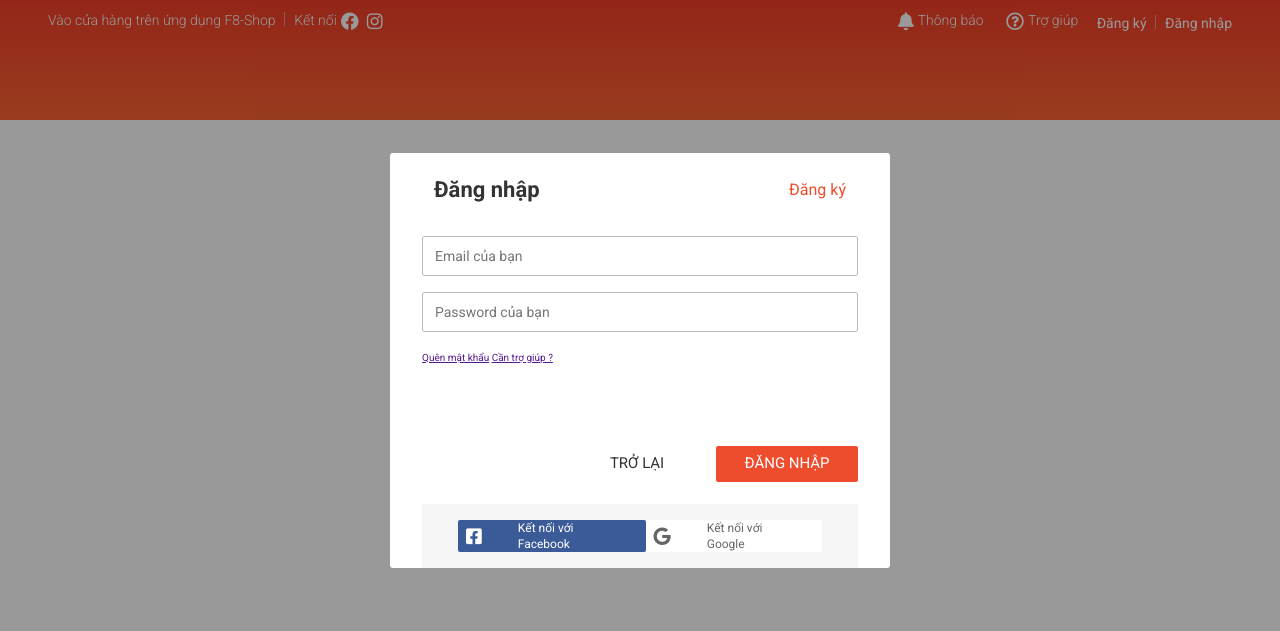
Repository: tvhoangit/tvhoangit.github.io
Page: Shoppe/index.html
The author's editor kept a copy of each file at every save. The page is drawn from the files as they stood at one save, then again after the next save.
The browser window is 1280 px wide. The pictures show the whole page.

Above is the page before, as saved 2021-10-17 14:33:04.

### Shoppe/index.html
<!DOCTYPE html>
<html lang="en">
<head>
    <meta charset="UTF-8">
    <meta http-equiv="X-UA-Compatible" content="IE=edge">
    <meta name="viewport" content="width=device-width, initial-scale=1.0">
    <title>Document</title>
    <link rel="stylesheet" href="https://cdnjs.cloudflare.com/ajax/libs/normalize/8.0.1/normalize.min.css">
    <link rel="stylesheet" href="./assets/css/base.css">
    <link rel="stylesheet" href="./assets/css/main.css">
    <link rel="stylesheet" href="./assets/fonts/fontawesome-free-5.15.4-web/fontawesome-free-5.15.4-web/css/all.min.css">
    <link href="https://fonts.googleapis.com/css2?family=Open+Sans&family=Roboto:wght@300;400;500;700;900&display=swap" rel="stylesheet">
</head>
<body>

    <div class="app">
        <header class="header">
            <div class="grid">
                <nav class="header__navbar">
                    <ul class="header__navbar-list">
                        <li class="header__navbar-item header__navbar-item--qr header__navbar-item--separate">
                            Vào cửa hàng trên ứng dụng F8-Shop
                            <div class="header__qr">
                                <img src="./assets/img/QR.png" alt="QR code" class="header__qr-img">
                                <div class="header__qr-apps">
                                    <a href="" class="header__qr-link">
                                        <img src="./assets/img/gg_play.jpg" alt="GG Play" class="header__qr-dowload-img">
                                    </a>
                                    <a href="" class="header__qr-link">
                                        <img src="./assets/img/apstore.jpg" alt="ApStore" class="header__qr-dowload-img">
                                    </a>
                                </div>
                            </div>
                        </li>
                        <li class="header__navbar-item">
                            <span class="header__navbar-title--no-pointer">Kết nối</span>
                            <a href="" class="header__navbar-icon-link">
                                <i class="header__navbar--icon fab fa-facebook"></i>
                            </a>
                            <a href="" class="header__navbar-icon-link">
                                <i class="header__navbar--icon fab fa-instagram"></i>
                            </a>
                        </li>
                    </ul>

                    <ul class="header__navbar-list">
                        <li class="header__navbar-item header__navbar-item--has-notify">
                            <i class="header__navbar--icon fas fa-bell"></i>
                            <a href="" class="header__navbar-item-link">Thông báo</a>
                            <div class="header__notify">
                                <header class="header__notify--header">
                                    <h3>Thông báo mới nhận</h3>
                                </header>
                                <ul class="header__notify-list">
                                    <li class="header__notify-item header__notify-item--viewed">
                                        <a href="" class="header__notify-link">
                                            <span>
                                                <img src="./assets/img/myphamohui.png" alt="" class="header__notify-img">
                                            </span>
                                            <div class="header__notify-info">
                                                <span class="header__notify-name">Mỹ phẩm Ohui chính hãng</span>
                                                <span class="header__notify-description">Mô tả</span>
                                            </div>
                                        </a>
                                    </li>
                                    <li class="header__notify-item">
                                        <a href="" class="header__notify-link">
                                            <span>
                                                <img src="./assets/img/myphamohui.png" alt="" class="header__notify-img">
                                            </span>
                                            <div class="header__notify-info">
                                                <span class="header__notify-name">Mỹ phẩm Ohui chính hãng</span>
                                                <span class="header__notify-description">Mô tả</span>
                                            </div>
                                        </a>
                                    </li>
                                    <li class="header__notify-item">
                                        <a href="" class="header__notify-link">
                                            <span>
                                                <img src="./assets/img/myphamohui.png" alt="" class="header__notify-img">
                                            </span>
                                            <div class="header__notify-info">
                                                <span class="header__notify-name">Mỹ phẩm Ohui chính hãng</span>
                                                <span class="header__notify-description">Mô tả</span>
                                            </div>
                                        </a>
                                    </li>
                                </ul>
                                <div class="header__notify-footer">
                                    <a href="" class="header__notify-footer-btn">Xem tất cả</a>
                                </div>
                            </div>
                        </li>
                        <li class="header__navbar-item">
                            <i class="header__navbar--icon far fa-question-circle"></i>
                            <a href="" class="header__navbar-item-link">Trợ giúp</a>
                        </li>
                        <li class="header__navbar-item header__navbar-item--strong header__navbar-item--separate">Đăng ký</li>
                        <li class="header__navbar-item header__navbar-item--strong">Đăng nhập</li>
                    </ul>
                </nav>
            </div>
        </header>
    </div>
    <div class="container">


    </div>
    <div class="footer">

    </div>


    <!-- Form Đăng ký đăng nhập -->
    <div class="modal">
        <div class="modal__overlay">

        </div>
        <div class="modal__body">
            <!-- Register form -->
            <!-- <div class="auth-form">
                <div class="auth-form__container">
                    <div class="auth-form__header">
                        <h3 class="auth-form__heading">Đăng ký</h3>
                        <span class="auth-form__switch-btn">Đăng nhập</span>
                    </div>
                    <div class="auth-form__form">
                        <div class="auth-form__group">
                            <input type="text" class="auth-form__input" placeholder="Email của bạn">
                        </div>
                        <div class="auth-form__group">
                            <input type="password" class="auth-form__input" placeholder="Password của bạn">
                        </div>
                        <div class="auth-form__group">
                            <input type="password" class="auth-form__input" placeholder="Nhập lại Password">
                        </div>
                    </div>
                    <div class="auth-form__aside">
                        <p class="auth-form__policy-text">
                            Bằng việc đăng kí, bạn đã đồng ý với F8-Shop về
                            <a href="" class="auth-form__text-link">Điểu khoản dịch vụ </a>&
                            <a href="" class="auth-form__text-link">Chính sách bảo mật</a>
                        </p>
                    </div>
                    <div class="auth-form__controls">
                        <button class="btn auth-form__controls-back btn-normal">TRỞ LẠI</button>
                        <button class="btn btn--primary">ĐĂNG KÝ</button>
                    </div>
                </div>
                <div class="auth-form__socials">
                    <a href="" class="btn btn--size-s btn--width-icon auth-form__socials--facebook">
                        <i class="auth-form__socials-icon fab fa-facebook-square"></i>
                        <span class="auth-form__socials-title">
                            Kết nối với Facebook
                        </span>
                    </a>
                    <a href="" class="btn btn--size-s btn--width-icon auth-form__socials--google">
                        <i class="auth-form__socials-icon fab fa-google"></i>
                        <span class="auth-form__socials-title">
                            Kết nối với Google
                        </span>
                    </a>
                </div>
            </div> -->

            <!-- login form -->
            <div class="auth-form">
                <div class="auth-form__container">
                    <div class="auth-form__header">
                        <h3 class="auth-form__heading">Đăng nhập</h3>
                        <span class="auth-form__switch-btn">Đăng ký</span>
                    </div>
                    <div class="auth-form__form">
                        <div class="auth-form__group">
                            <input type="text" class="auth-form__input" placeholder="Email của bạn">
                        </div>
                        <div class="auth-form__group">
                            <input type="password" class="auth-form__input" placeholder="Password của bạn">
                        </div>                    </div>
                    <div class="auth-form__aside">
                    <div class="auth-form__aside">
                       <div class="auth-form__help">
                           <a href="" class="auth-form__help-link">Quên mật khẩu</a>
                           <a href="" class="auth-form__help-link">Cần trợ giúp ?</a>
                       </div>
                    </div>
                    <div class="auth-form__controls">
                        <button class="btn auth-form__controls-back btn-normal">TRỞ LẠI</button>
                        <button class="btn btn--primary">ĐĂNG NHẬP</button>
                    </div>
                </div>
                <div class="auth-form__socials">
                    <a href="" class="btn btn--size-s btn--width-icon auth-form__socials--facebook">
                        <i class="auth-form__socials-icon fab fa-facebook-square"></i>
                        <span class="auth-form__socials-title">
                            Kết nối với Facebook
                        </span>
                    </a>
                    <a href="" class="btn btn--size-s btn--width-icon auth-form__socials--google">
                        <i class="auth-form__socials-icon fab fa-google"></i>
                        <span class="auth-form__socials-title">
                            Kết nối với Google
                        </span>
                    </a>
                </div>
            </div>
        </div>
    </div>

</body>
</html>

### Shoppe/assets/css/base.css
:root{
    --primary-color: #EE4D2D;
    --white-color: #fff;
    --black-color: #000;
    --text-color: #333;
    --border-color: #bdbdbd;
}

*{
    box-sizing: inherit;
}

html{
    font-size: 62.5%;
    line-height: 1.6rem;
    font-family: 'Roboto', sans-serif;
    box-sizing: border-box;
}

.grid{
    width: 1200px;
    max-width: 100%;
    margin: 0 auto;
}

.grid__full-width{
    width: 100%;
}

.grid__row{
    display: flex;
    flex-wrap: wrap;
}

/* Animation */
@keyframes fadeIn {
    from {
        opacity: 0;
    }
    to {
        opacity: 1;
    }
}
/* Modal */
.modal {
    position: fixed;
    top: 0;
    right: 0;
    bottom: 0;
    left: 0;
    display: flex;
}
.modal__overlay {
    position: absolute;
    width: 100%;
    height: 100%;
    background-color: rgba(0, 0, 0, 0.4);
}
.modal__body {
    margin: auto;
    position: relative;
    z-index: 1;
}

/* button style */
.btn {
    min-width: 142px;
    height: 36px;
    text-decoration: none;
    border: none;
    border-radius: 2px;
    font-size: 1.5rem;
    padding: 0 12px;
    background-color: var(--white-color);
    outline: none;
    cursor: pointer;
    color: var(--text-color);
    display: flex;
    align-items: center;
    justify-content: center;
}
.btn.btn-normal:hover {
    background-color: rgba(0, 0, 0, 0.05);
}
.btn.btn--size-s{
    height: 32px;
    font-size: 1.2rem;
    padding: 0 8px;
}
.btn.btn--primary {
    background-color: var(--primary-color);
    color: var(--white-color);
}
.btn.btn--disabled {
    color: #949494;
    cursor: default;
    background-color: #c3c3c3;
}

### Shoppe/assets/css/main.css
.header {
    height: 120px;
    background-image: linear-gradient(0, #fe6433, #f53e28);
}
.header__navbar {
    display: flex;
    justify-content: space-between;
    padding-top: 8px;
}
.header__navbar-list {
    list-style: none;
    padding-left: 0;
    margin-top: 4px;
}
.header__navbar-item {
    display: inline-block;
    margin: 0 8px 0px 8px;
    position: relative;
    min-height: 26px;
}
.header__navbar-item--qr:hover .header__qr {
    display: block;
}
.header__navbar-item--has-notify:hover .header__notify {
    display: block;
}
.header__navbar-item,
.header__navbar-item-link {
    font-size: 1.4rem;
    color: var(--white-color);
    text-decoration: none;
    font-weight: 300;
}
.header__navbar-item:hover,
.header__navbar-icon-link:hover,
.header__navbar-item-link:hover {
    color: rgba(255, 255, 255, 0.7);
    cursor: pointer;
}
.header__navbar-item,
.header__navbar-item-link,
.header__navbar-icon-link{
    display: inline-flex;
    text-align: center;
}
.header__navbar-item--strong {
    font-weight: 400;
}
.header__navbar-item--separate::after {
    content: "";
    display: block;
    position: absolute;
    border-left: 1px solid #FB9086;
    height: 14px;
    right: -9px;
    top: 25%;
    transform: translateY(-50%);
}
.header__navbar-icon-link {
    color: var(--white-color);
    text-decoration: none;
}
.header__navbar--icon {
    font-size: 1.8rem;
    margin: 0 4px;
}
.header__navbar-title--no-pointer {
    cursor: text;
    color: var(--white-color);
}
.header__qr {
    width: 186px;
    background-color: var(--white-color);
    position: absolute;
    left: 0;
    top: 100%;
    padding: 8px;
    border-radius: 2px;
    display: none;
    animation: fadeIn ease 0.3s;
}
.header__qr-img {
    width: 100%;
}
.header__qr-apps {
    display: flex;
    justify-content: space-between;
}
.header__qr-link {
    margin: 0px 11px;
}
.header__qr-dowload-img {
    height: 15px;
}

/* Header notification */
.header__notify {
    position: absolute;
    top: 100%;
    width: 404px;
    right: 0;
    border: 1px solid #D3D3D3;
    background-color: var(--white-color);
    cursor: default;
    /* lấy tâm để dịch chuyển */
    transform-origin: calc(100% - 20px) top;
    animation: headerNotifyGrowth ease-in 0.2s;
    /* nói cho web biết thuộc tính gì sẽ thay đổi để tối ưu hơn */
    will-change: opacity, transform;
    display: none;
}
.header__notify::before {
    content: "";
    border-width: 20px 27px;
    border-style: solid;
    border-color: transparent transparent var(--white-color) transparent;
    position: absolute;
    right: 4px;
    top: -30px;
}
@keyframes headerNotifyGrowth {
    from {
        opacity: 0;
        transform: scale(0);
    }
    to {
        opacity: 1;
        transform: scale(1);
    }
}
.header__notify--header {
    height: 40px;
    background-color: var(--white-color);
    margin-top: -15px;
}
.header__notify--header h3 {
    color: #999;
    margin-right: 237px;
    font-weight: 400;
    font-size: 1.5rem;
    line-height: 40px;

}
.header__notify-list {
    padding-left: 0;
}
.header__notify-item {
    display: flex;
}
.header__notify-item:hover {
    background-color: #f7f7f7;
}
.header__notify-item--viewed {
    background-color: rgba(238,75,43,0.08);
}
.header__notify-link {
    display: flex;
    width: 100%;
    padding: 12px;
    text-decoration: none;
}
.header__notify-img {
    width: 48px;
}
.header__notify-info {
    margin-left: 12px;
}
.header__notify-name {
    display: block;
    font-size: 1.4rem;
    color: var(--text-color);
    font-weight: 400;
    line-height: 1.8rem;
}
.header__notify-description {
    display: block;
    font-size: 1.2rem;
    line-height: 1.6rem;
    color: #756F6E;
    text-align: left;
    margin-top: 4px;;
}
.header__notify-footer {
    height: 40px;
}
.header__notify-footer-btn {
    text-decoration: none;
    line-height: 40px;
    color: var(--text-color);
    padding: 8px 32px;
    font-weight: 400;
}

/* Authen modal */
.auth-form {
    width: 500px;
    border-radius: 3px;
    overflow: hidden;
    background-color: var(--white-color);
}
.auth-form__container {
    padding: 0 32px;
}
.auth-form__header {
    display: flex;
    align-items: center;
    justify-content: space-between;
    margin-top: 7px;
    padding: 0 12px;
}
.auth-form__heading {
    font-size: 2.2rem;
    font: weight 400px;
    color: var(--text-color);
}
.auth-form__switch-btn {
    font-size: 1.6rem;
    color: var(--primary-color);
    font-weight: 400;
    cursor: pointer;
}
.auth-form__form {
}
.auth-form__input {
    width: 100%;
    height: 40px;
    margin-top: 16px;
    padding: 0 12px;
    font-size: 1.4rem;
    border: 1px solid var(--border-color);
    border-radius: 2px;
    outline: none;
}
.auth-form__input:focus {
    border-color: #888;
}
.auth-form__aside {
    margin-top: 18px;
}
.auth-form__policy-text {
    font-size: 1.2rem;
    line-height: 1.8rem;
    text-align: center;
    padding: 0 12px;
}
.auth-form__text-link {
    text-decoration: none;
    color: var(--primary-color);
}
.auth-form__controls {
    margin-top: 80px;
    display: flex;
    justify-content: flex-end;
}
.auth-form__controls-back {
    margin-right: 8px;
}
.auth-form__socials {
    background-color: #F5F5F5;
    padding: 16px 36px;
    display: flex;
    justify-content: space-between;
    margin-top: 22px;
}
.auth-form__socials-icon {
    font-size: 1.8rem;
}
.auth-form__socials--facebook {
    background-color: #3A5A98;
    color: var(--white-color);
}
.auth-form__socials--facebook
.auth-form__socials--icon {
    color: var(--white-color);
}
.auth-form__socials-title {
    margin: 0 36px;
}
.auth-form__socials--google {
    background-color: var(--white-color);
    color: #666;
}

Loaded but not shown: Shoppe/assets/fonts/fontawesome-free-5.15.4-web/fontawesome-free-5.15.4-web/css/all.min.css (library)

After the next save:
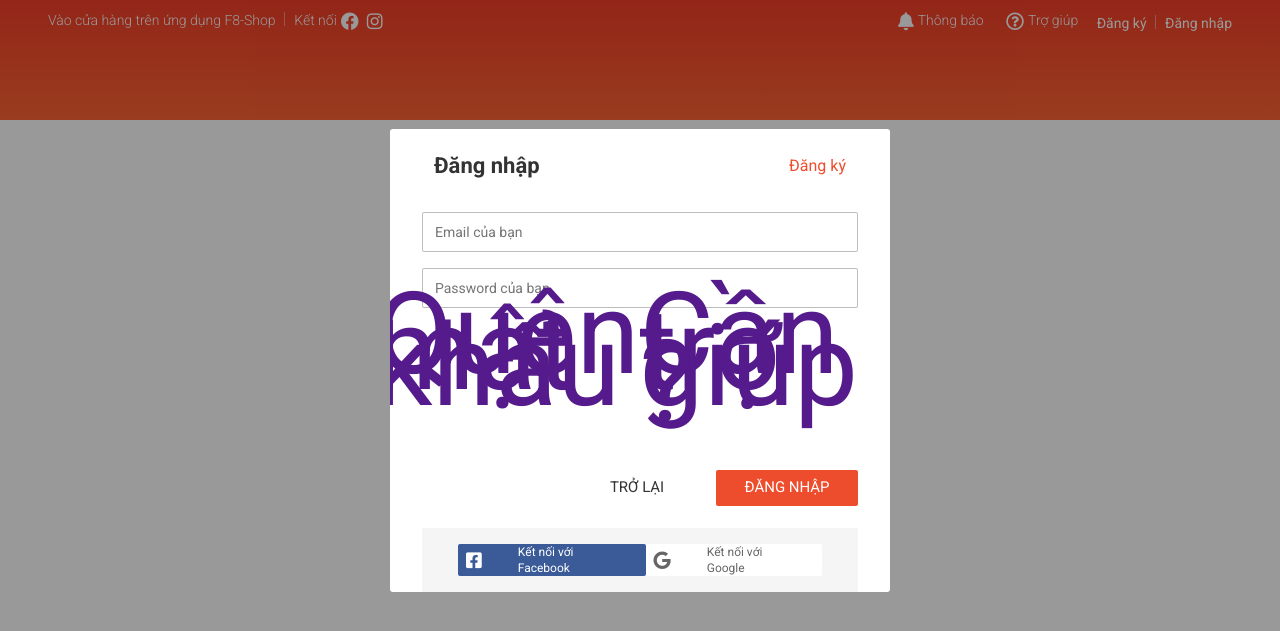
Saved 106 s later.
--- a/Shoppe/assets/css/main.css
+++ b/Shoppe/assets/css/main.css
@@ -280,3 +280,12 @@
     background-color: var(--white-color);
     color: #666;
 }
+.auth-form__help {
+    display: flex;
+    justify-content: flex-end;
+}
+.auth-form__help-link {
+    text-decoration: none;
+    font-size: 11.4rem;
+
+}
